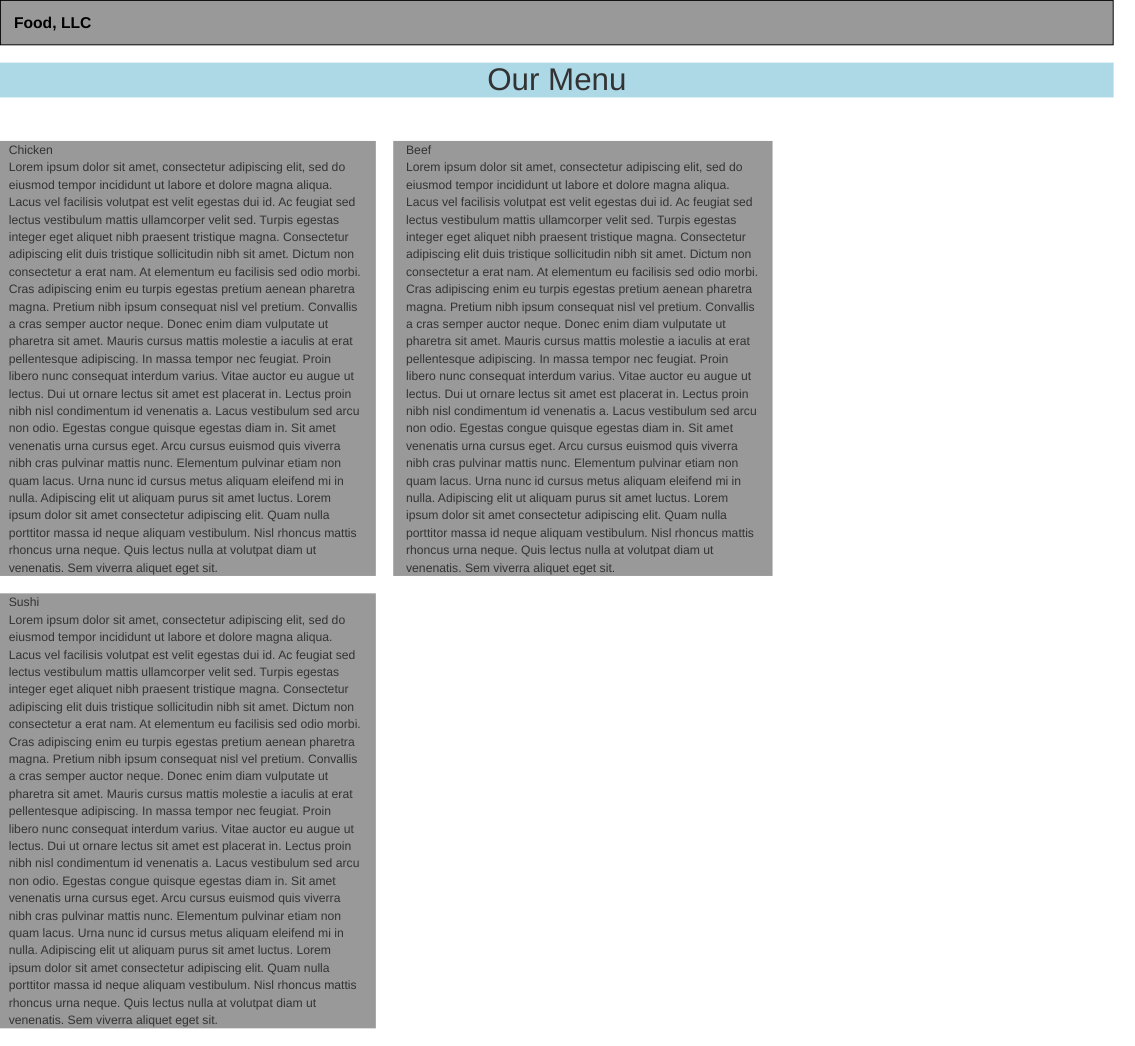
Repository: Cynthia-woo/coursera_frontend_JHU
Page: module3-solution/index.html
These files come from the project's save history. The page is drawn as it stood at one moment and after the next save; the edit follows.
The browser window is 1280 px wide. The page is 1295 px wide, then 1305 px, so the pictures cover 1305 px, including what lies to the right of the window. The pictures show the whole page, at 87% of full size.

Above is the page before, as saved 2024-04-20 02:48:57.

### module3-solution/index.html
<!doctype html>
<html lang="en">
  <head>
    <meta charset="utf-8">
    <meta http-equiv="X-UA-Compatible" content="IE=edge">
    <meta name="viewport" content="width=device-width, initial-scale=1">

    <!-- HTML5 shim and Respond.js for IE8 support of HTML5 elements and media queries -->
    <!-- WARNING: Respond.js doesn't work if you view the page via file:// -->
    <!--[if lt IE 9]>
      <script src="https://oss.maxcdn.com/html5shiv/3.7.2/html5shiv.min.js"></script>
      <script src="https://oss.maxcdn.com/respond/1.4.2/respond.min.js"></script>
    <![endif]-->

    <title>Assignment3-solution</title>
    <link rel="stylesheet" href="css/bootstrap.min.css">
    <link rel="stylesheet" href="css/styles.css">
  </head>
<body>
    <header>
        <nav id="header-nav" class="navbar navbar-default">
          <div class="container-fluid">
            <div class="navbar-header">
              <div class="navbar-brand">
                <a href="index.html"><span>Food, LLC</span></a>
              </div>

              <button type="button" class="navbar-toggle collapsed" data-toggle="collapse" data-target="#collapsable-nav" aria-expanded="false">
                <span class="sr-only">Toggle navigation</span>
                <span class="icon-bar"></span>
                <span class="icon-bar"></span>
                <span class="icon-bar"></span>
              </button>
            </div>


            <div id="collapsable-nav" class="collapse navbar-collapse hidden-lg hidden-md">
               <ul id="nav-list" class="nav navbar-nav navbar-right">
                <li>
                  <a href="menu-categories.html">
                    <br class="hidden-xs">Chicken</a>
                </li>
                <li>
                  <a href="#">
                    </span><br class="hidden-xs">Beef</a>
                </li>
                <li>
                  <a href="#">
                    <br class="hidden-xs">Sushi</a>
                </li>
              </ul><!-- #nav-list -->
            </div><!-- .collapse .navbar-collapse -->
          </div><!-- .container -->
        </nav><!-- #header-nav -->
      </header>

      <h1 id="main_title">Our Menu</h1>

      <section>
        <div id="home-tiles" class="row">
            <div class="col-md-4 col-sm-6 col-xs-12">
                <div class="dish_title">Chicken</div>
                <div class="dish_detail">Lorem ipsum dolor sit amet, consectetur adipiscing elit, sed do eiusmod tempor incididunt ut labore et dolore magna aliqua. Lacus vel facilisis volutpat est velit egestas dui id. Ac feugiat sed lectus vestibulum mattis ullamcorper velit sed. Turpis egestas integer eget aliquet nibh praesent tristique magna. Consectetur adipiscing elit duis tristique sollicitudin nibh sit amet. Dictum non consectetur a erat nam. At elementum eu facilisis sed odio morbi. Cras adipiscing enim eu turpis egestas pretium aenean pharetra magna. Pretium nibh ipsum consequat nisl vel pretium. Convallis a cras semper auctor neque. Donec enim diam vulputate ut pharetra sit amet. Mauris cursus mattis molestie a iaculis at erat pellentesque adipiscing. In massa tempor nec feugiat. Proin libero nunc consequat interdum varius. Vitae auctor eu augue ut lectus.

                    Dui ut ornare lectus sit amet est placerat in. Lectus proin nibh nisl condimentum id venenatis a. Lacus vestibulum sed arcu non odio. Egestas congue quisque egestas diam in. Sit amet venenatis urna cursus eget. Arcu cursus euismod quis viverra nibh cras pulvinar mattis nunc. Elementum pulvinar etiam non quam lacus. Urna nunc id cursus metus aliquam eleifend mi in nulla. Adipiscing elit ut aliquam purus sit amet luctus. Lorem ipsum dolor sit amet consectetur adipiscing elit. Quam nulla porttitor massa id neque aliquam vestibulum. Nisl rhoncus mattis rhoncus urna neque. Quis lectus nulla at volutpat diam ut venenatis. Sem viverra aliquet eget sit.</div>
            </div>
            <div class="col-md-4 col-sm-6 col-xs-12">
                <div class="dish_title">Beef</div>
                <div class="dish_detail">Lorem ipsum dolor sit amet, consectetur adipiscing elit, sed do eiusmod tempor incididunt ut labore et dolore magna aliqua. Lacus vel facilisis volutpat est velit egestas dui id. Ac feugiat sed lectus vestibulum mattis ullamcorper velit sed. Turpis egestas integer eget aliquet nibh praesent tristique magna. Consectetur adipiscing elit duis tristique sollicitudin nibh sit amet. Dictum non consectetur a erat nam. At elementum eu facilisis sed odio morbi. Cras adipiscing enim eu turpis egestas pretium aenean pharetra magna. Pretium nibh ipsum consequat nisl vel pretium. Convallis a cras semper auctor neque. Donec enim diam vulputate ut pharetra sit amet. Mauris cursus mattis molestie a iaculis at erat pellentesque adipiscing. In massa tempor nec feugiat. Proin libero nunc consequat interdum varius. Vitae auctor eu augue ut lectus.

                    Dui ut ornare lectus sit amet est placerat in. Lectus proin nibh nisl condimentum id venenatis a. Lacus vestibulum sed arcu non odio. Egestas congue quisque egestas diam in. Sit amet venenatis urna cursus eget. Arcu cursus euismod quis viverra nibh cras pulvinar mattis nunc. Elementum pulvinar etiam non quam lacus. Urna nunc id cursus metus aliquam eleifend mi in nulla. Adipiscing elit ut aliquam purus sit amet luctus. Lorem ipsum dolor sit amet consectetur adipiscing elit. Quam nulla porttitor massa id neque aliquam vestibulum. Nisl rhoncus mattis rhoncus urna neque. Quis lectus nulla at volutpat diam ut venenatis. Sem viverra aliquet eget sit.</div>
            </div>
            <div class="col-md-4 col-sm-6 col-xs-12">
                <div class="dish_title">Sushi</div>
                <div class="dish_detail">Lorem ipsum dolor sit amet, consectetur adipiscing elit, sed do eiusmod tempor incididunt ut labore et dolore magna aliqua. Lacus vel facilisis volutpat est velit egestas dui id. Ac feugiat sed lectus vestibulum mattis ullamcorper velit sed. Turpis egestas integer eget aliquet nibh praesent tristique magna. Consectetur adipiscing elit duis tristique sollicitudin nibh sit amet. Dictum non consectetur a erat nam. At elementum eu facilisis sed odio morbi. Cras adipiscing enim eu turpis egestas pretium aenean pharetra magna. Pretium nibh ipsum consequat nisl vel pretium. Convallis a cras semper auctor neque. Donec enim diam vulputate ut pharetra sit amet. Mauris cursus mattis molestie a iaculis at erat pellentesque adipiscing. In massa tempor nec feugiat. Proin libero nunc consequat interdum varius. Vitae auctor eu augue ut lectus.

                    Dui ut ornare lectus sit amet est placerat in. Lectus proin nibh nisl condimentum id venenatis a. Lacus vestibulum sed arcu non odio. Egestas congue quisque egestas diam in. Sit amet venenatis urna cursus eget. Arcu cursus euismod quis viverra nibh cras pulvinar mattis nunc. Elementum pulvinar etiam non quam lacus. Urna nunc id cursus metus aliquam eleifend mi in nulla. Adipiscing elit ut aliquam purus sit amet luctus. Lorem ipsum dolor sit amet consectetur adipiscing elit. Quam nulla porttitor massa id neque aliquam vestibulum. Nisl rhoncus mattis rhoncus urna neque. Quis lectus nulla at volutpat diam ut venenatis. Sem viverra aliquet eget sit.</div>
            </div>
      </section>


  <!-- jQuery (Bootstrap JS plugins depend on it) -->
  <script src="js/jquery-1.11.3.min.js"></script>
  <script src="js/bootstrap.min.js"></script>
  <script src="js/script.js"></script>
</body>
</html>

### module3-solution/css/styles.css
* {
    margin: 0;
    padding: 0;
    box-sizing: border-box;
}
.navbar-default{
    background-color: #999;
    border: 1px solid black;
    border-radius: 0;
}

.navbar-brand a{
    color: black;
    font-weight: bold;
}

.navbar-brand a:hover {
    text-decoration: none;
}



#main_title {
    text-align: center;
    background-color: lightblue;
    margin-bottom: 50px;
}

.col-md-4, .col-sm-6, .col-xs-12 {
    margin: 0 10px 20px;
    background-color: #999;
}

Loaded but not shown: module3-solution/css/bootstrap.min.css (library); module3-solution/js/jquery-1.11.3.min.js (library); module3-solution/js/bootstrap.min.js (library); module3-solution/js/script.js (no stored copy; drawn as an empty file)

After the next save:
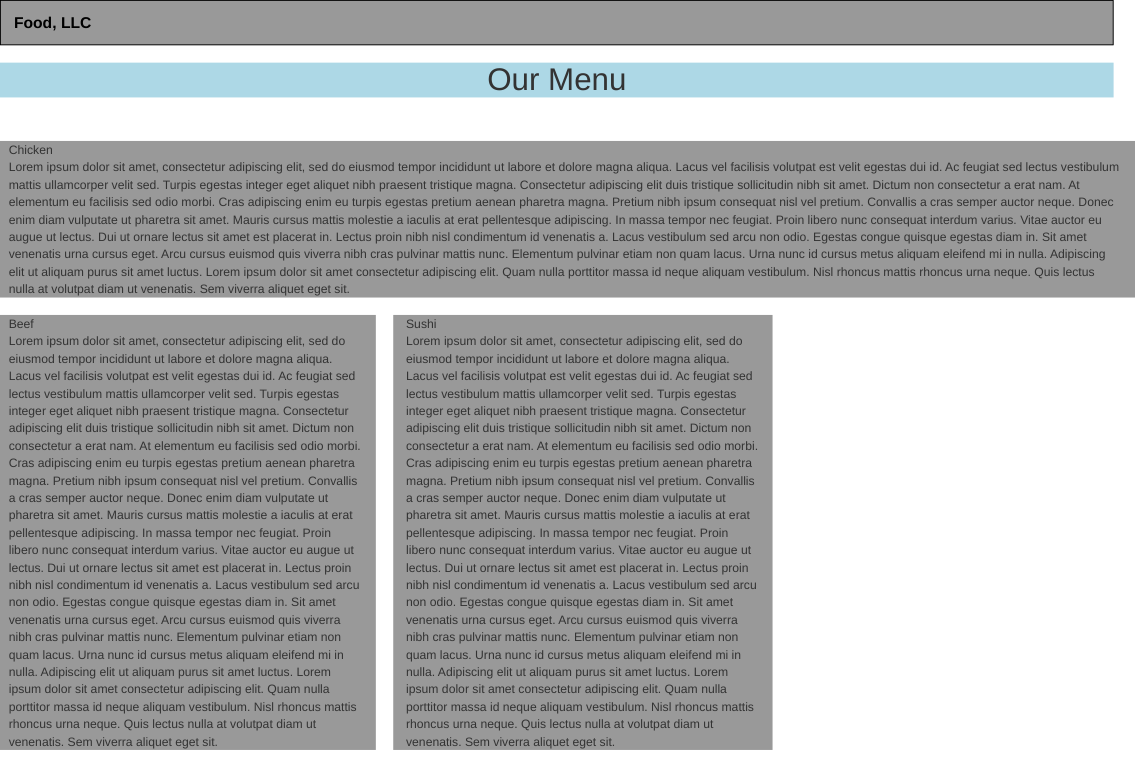
Saved 27 s later.
--- a/module3-solution/index.html
+++ b/module3-solution/index.html
@@ -58,7 +58,7 @@
 
       <section>
         <div id="home-tiles" class="row">
-            <div class="col-md-4 col-sm-6 col-xs-12">
+            <div class="col-md-12 col-sm-12 col-xs-12">
                 <div class="dish_title">Chicken</div>
                 <div class="dish_detail">Lorem ipsum dolor sit amet, consectetur adipiscing elit, sed do eiusmod tempor incididunt ut labore et dolore magna aliqua. Lacus vel facilisis volutpat est velit egestas dui id. Ac feugiat sed lectus vestibulum mattis ullamcorper velit sed. Turpis egestas integer eget aliquet nibh praesent tristique magna. Consectetur adipiscing elit duis tristique sollicitudin nibh sit amet. Dictum non consectetur a erat nam. At elementum eu facilisis sed odio morbi. Cras adipiscing enim eu turpis egestas pretium aenean pharetra magna. Pretium nibh ipsum consequat nisl vel pretium. Convallis a cras semper auctor neque. Donec enim diam vulputate ut pharetra sit amet. Mauris cursus mattis molestie a iaculis at erat pellentesque adipiscing. In massa tempor nec feugiat. Proin libero nunc consequat interdum varius. Vitae auctor eu augue ut lectus.
 
